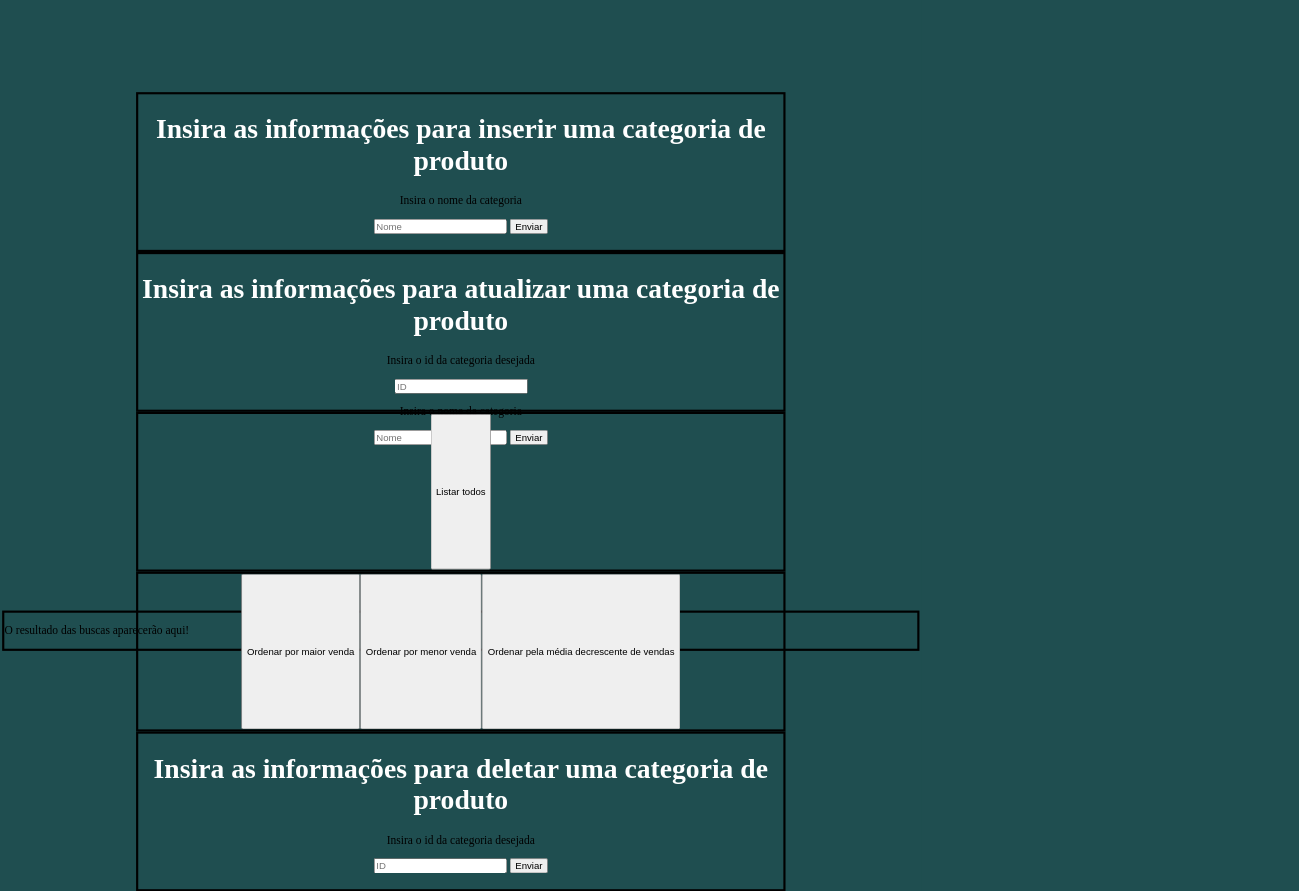
Repository: Matheus-Lacerda009/ERP-Financeiro
Page: Front/categoria_item/categoria_item.html
These files come from the project's save history. The page is drawn as it stood at one moment and after the next save; the edit follows.
The browser window is 1280 px wide. The page is 1280 px wide, then 1804 px, so the pictures cover 1804 px, including what lies to the right of the window. The pictures show the whole page, at 72% of full size.

Above is the page before, as saved 2026-07-13 19:48:20.

### Front/categoria_item/categoria_item.html
<!DOCTYPE html>
<html lang="en">
<head>
    <meta charset="UTF-8">
    <meta name="viewport" content="width=device-width, initial-scale=1.0">
    <link rel="stylesheet" href="categoria_item.css">
    <title>Document</title>
</head>
<body>
    <main>
        <div class="container">
            <div id="post" class="dados">
                <form id="formPost">
                    <h1>Insira as informações para inserir uma categoria de produto</h1>
                    <p>Insira o nome da categoria</p>
                    <input placeholder="Nome" id="nomePost">
                    <button type="submit">Enviar</button>
                </form>
            </div>
            <div id="put" class="dados">
                <form id="formPut">
                    <h1>Insira as informações para atualizar uma categoria de produto</h1>
                    <p>Insira o id da categoria desejada</p>
                    <input placeholder="ID" id="idPut">
                    <p>Insira o nome da categoria</p>
                    <input placeholder="Nome" id="nomePut">
                    <button type="submit">Enviar</button>
                </form>
            </div>
            <div id="get" class="dados">
                <button id="getTodos">Listar todos</button>
            </div>
            <div id="getId" class="dados">
                <button id="maiorVenda">Ordenar por maior venda</button>
                <button id="menorVenda">Ordenar por menor venda</button>
                <button id="mediaVenda">Ordenar pela média decrescente de vendas</button>
            </div>
            <div id="delete" class="dados">
                <form  id="formDelete">
                    <h1>Insira as informações para deletar uma categoria de produto</h1>
                    <p>Insira o id da categoria desejada</p>
                    <input placeholder="ID" id="idDelete">
                    <button type="submit">Enviar</button>
                </form>
            </div>
        </div>
        <div id="resultados">
            <p id="resultadoBusca">O resultado das buscas aparecerão aqui!</p>
        </div>
    </main>
</body>
<script src="categoria_item.js"></script>
</html>

### Front/categoria_item/categoria_item.css
header{
    position: fixed;
    top: 0;
    left: 0;
    width: 100%;
    height: 20%;
    background-color: #12263af3;
    z-index: 1;
    text-align: center;
    align-content: center;
}

footer{
    position: fixed;
    bottom: 0;
    left: 0;
    width: 100%;
    height: 10%;
    background-color: #12263af3;
    text-align: center;
    align-content: center;
}

#github{
    color: white;
    font-size: 300%;
    text-decoration-color: white;
}

header, h1{
    font-size: 300%;
    color: white;
    font-size: 3vw;
}

header, h2{
    color: white;
    font-size: 1.5vw;
}

body{
    margin: 0;
    padding: 0;
    background-color: #1f4e50;
}

.container{
    height: 100vh;
    width: 100%;
    margin-top: 10%;
    align-content: start;
}

.dados{
    width: 70vw;
    height: 30vh;
    border: 3px solid black;
    text-align: center;
    justify-content: center;
    display: flex;
    margin: auto;
}

#resultados{
    margin-bottom: 100%;
    width: 99%;
    height: 45%;
    border: 3px solid black;
    margin: auto;
}

### Front/categoria_item/categoria_item.js
document.getElementById("formPost").addEventListener("submit", async (event) => {
    event.preventDefault();
    try{
        const obj = {"nome" : document.getElementById("nomePost").value};
        const resposta = await fetch("http://localhost:8085/categoria_item", {
            method : "POST",
            headers : {"Content-Type" : "application/json"},
            body : JSON.stringify(obj)
        });
        const retorno = await resposta.json();
    } catch (error) {
        console.log(error);
    }
});


document.getElementById("getTodos").addEventListener("click", async (event) => {
    event.preventDefault();
    const resultado = document.getElementById("resultadoBusca");
    try{
        const resposta = await fetch("http://localhost:8085/categoria_item", {
            method : "GET"
        });
        const retorno = await resposta.json();
        let res = "";
        for(let i = 0; i < retorno.length; i++){
            res += `<p>> Id: ${retorno[i].id_categoria_item} | Nome: ${retorno[i].nome}<p><br>`;
        }
        resultado.innerHTML = res;
    } catch (error) {
        console.log(error);
    }
});

document.getElementById("maiorVenda").addEventListener("click", async (event) => {
    event.preventDefault();
    const resultado = document.getElementById("resultadoBusca");
    try{
        const resposta = await fetch("http://localhost:8085/categoria_item/maiorVenda", {
            method : "GET"
        });
        const retorno = await resposta.json();
        let res = "";
        let nomes = retorno["NomeCategoria"];
        let vendas = retorno["VendaCategoria"];
        for(let i = 0; i < nomes.length; i++){
            res += `<p>> Nome da categoria: ${nomes[i]} | Valor de venda: ${vendas[i]}<p><br>`;
        }
        resultado.innerHTML = res;
    } catch (error) {
        console.log(error);
    }
});

document.getElementById("menorVenda").addEventListener("click", async (event) => {
    event.preventDefault();
    const resultado = document.getElementById("resultadoBusca");
    try{
        const resposta = await fetch("http://localhost:8085/categoria_item/menorVenda", {
            method : "GET"
        });
        const retorno = await resposta.json();
        let res = "";
        let nomes = retorno["NomeCategoria"];
        let vendas = retorno["VendaCategoria"];
        for(let i = 0; i < nomes.length; i++){
            res += `<p>> Nome da categoria: ${nomes[i]} | Valor de venda: ${vendas[i]}<p><br>`;
        }
        resultado.innerHTML = res;
    } catch (error) {
        console.log(error);
    }
});

document.getElementById("mediaVenda").addEventListener("click", async (event) => {
    event.preventDefault();
    const resultado = document.getElementById("resultadoBusca");
    try{
        const resposta = await fetch("http://localhost:8085/categoria_item/mediaVenda", {
            method : "GET"
        });
        const retorno = await resposta.json();
        let res = "";
        let nomes = retorno["NomeCategoria"];
        let vendas = retorno["VendaCategoria"];
        for(let i = 0; i < nomes.length; i++){
            res += `<p>> Nome da categoria: ${nomes[i]} | Valor médio de venda: ${vendas[i]}<p><br>`;
        }
        resultado.innerHTML = res;
    } catch (error) {
        console.log(error);
    }
});

document.getElementById("formPut").addEventListener("submit", async (event) => {
    event.preventDefault();
    try{
        const id = document.getElementById("idPut").value;
        const obj = {"nome" : document.getElementById("nomePut").value};
        const resposta = await fetch(`http://localhost:8085/categoria_item/${id}`, {
            method : "PUT",
            headers : {"Content-Type" : "application/json"},
            body : JSON.stringify(obj)
        });
        const retorno = await resposta.json();
    } catch (error) {
        console.log(error);
    }
});

document.getElementById("formDelete").addEventListener("submit", async (event) => {
    event.preventDefault();
    try{
        const id = document.getElementById("idDelete").value;
        const resposta = await fetch(`http://localhost:8085/categoria_item/${id}`, {
            method : "DELETE"
        });
    } catch (error) {
        console.log(error);
    }
});

After the next save:
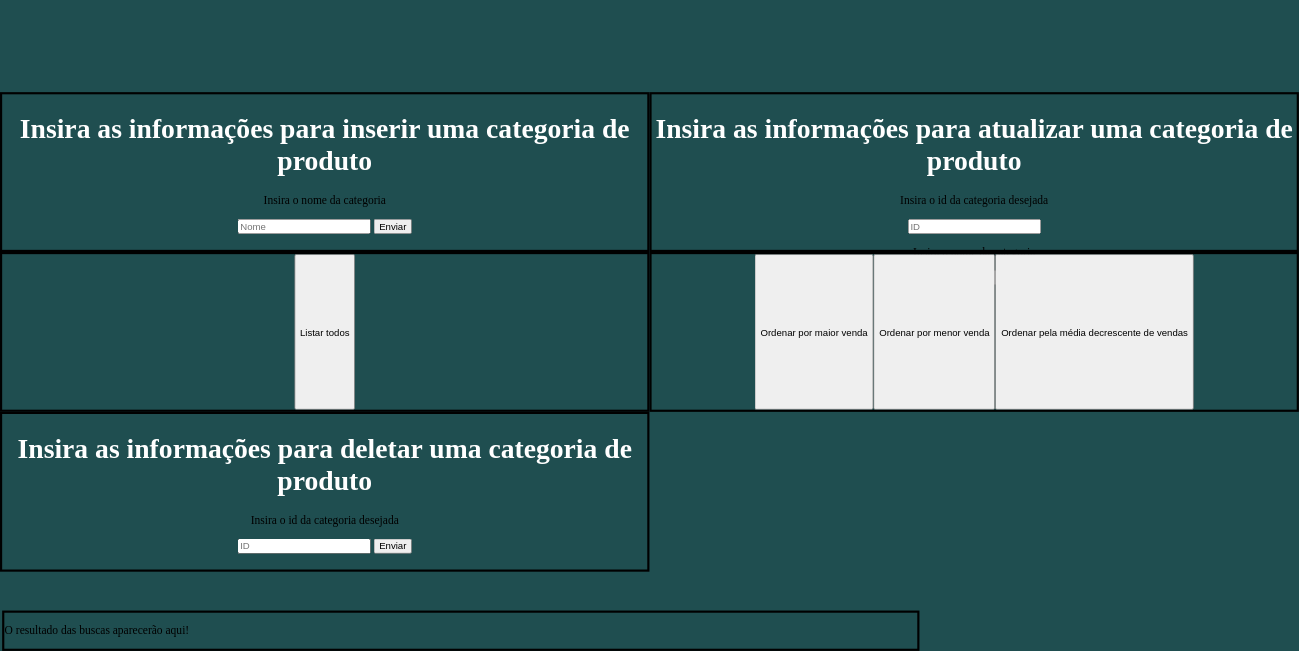
Saved 21 s later.
--- a/Front/categoria_item/categoria_item.css
+++ b/Front/categoria_item/categoria_item.css
@@ -49,6 +49,9 @@ body{
     width: 100%;
     margin-top: 10%;
     align-content: start;
+    display: grid;
+    grid-template-columns: repeat(2, 7fr);
+    align-content: start;
 }
 
 .dados{
